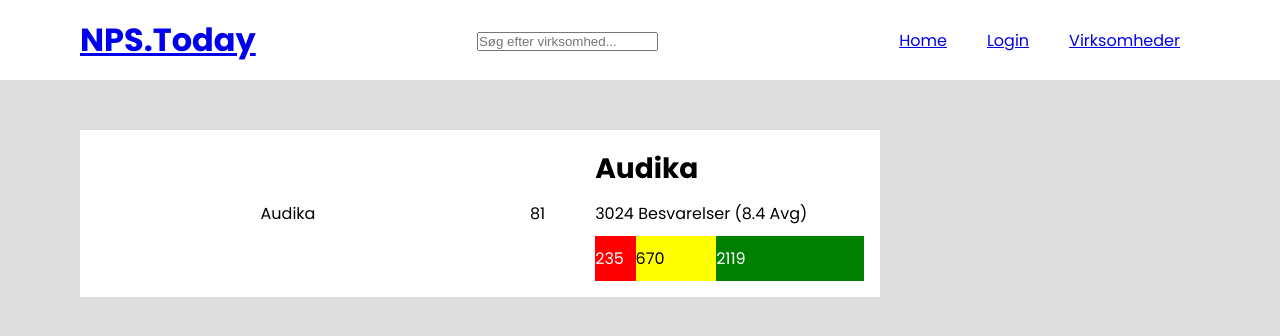
Repository: Shaydx/reviews
Page: /
These files come from the project's save history. The page is drawn as it stood at one moment and after the next save; the edit follows.
The browser window is 1280 px wide. The pictures show the whole page.
The project was rebuilt for these pictures with package versions that can differ from the ones it lists, and the page was loaded fresh each time. Also part of the build but not shown: src/pages/Login.js, src/pages/Virksomheder.js.

Above is the page before, as saved 2020-10-13 16:53:29.

After the next save:
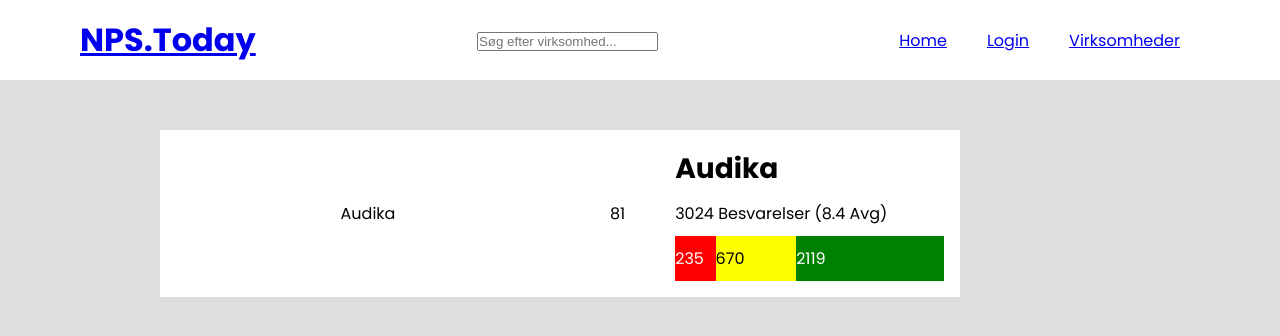
Saved 27 s later.
--- a/src/pages/Home.js
+++ b/src/pages/Home.js
@@ -4,7 +4,11 @@
 import Analytics from "../components/Analytics/Analytics";
 
 const Home = () => {
-  return <Analytics />;
+  return (
+    <main>
+      <Analytics />
+    </main>
+  );
 };
 
 export default Home;

After the save that followed:
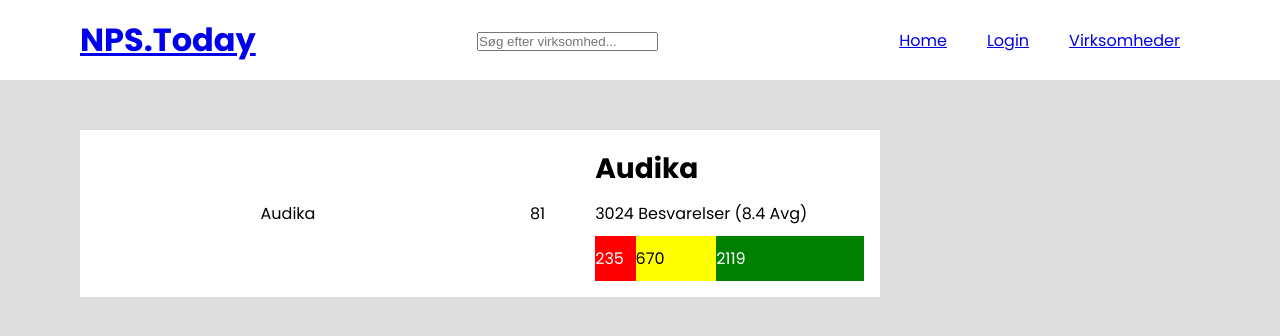
Saved 76 s later.
--- a/src/App.js
+++ b/src/App.js
@@ -14,9 +14,7 @@
   return (
     <Router>
       <Header />
-      <main>
-        <Content />
-      </main>
+      <Content />
     </Router>
   );
 }
